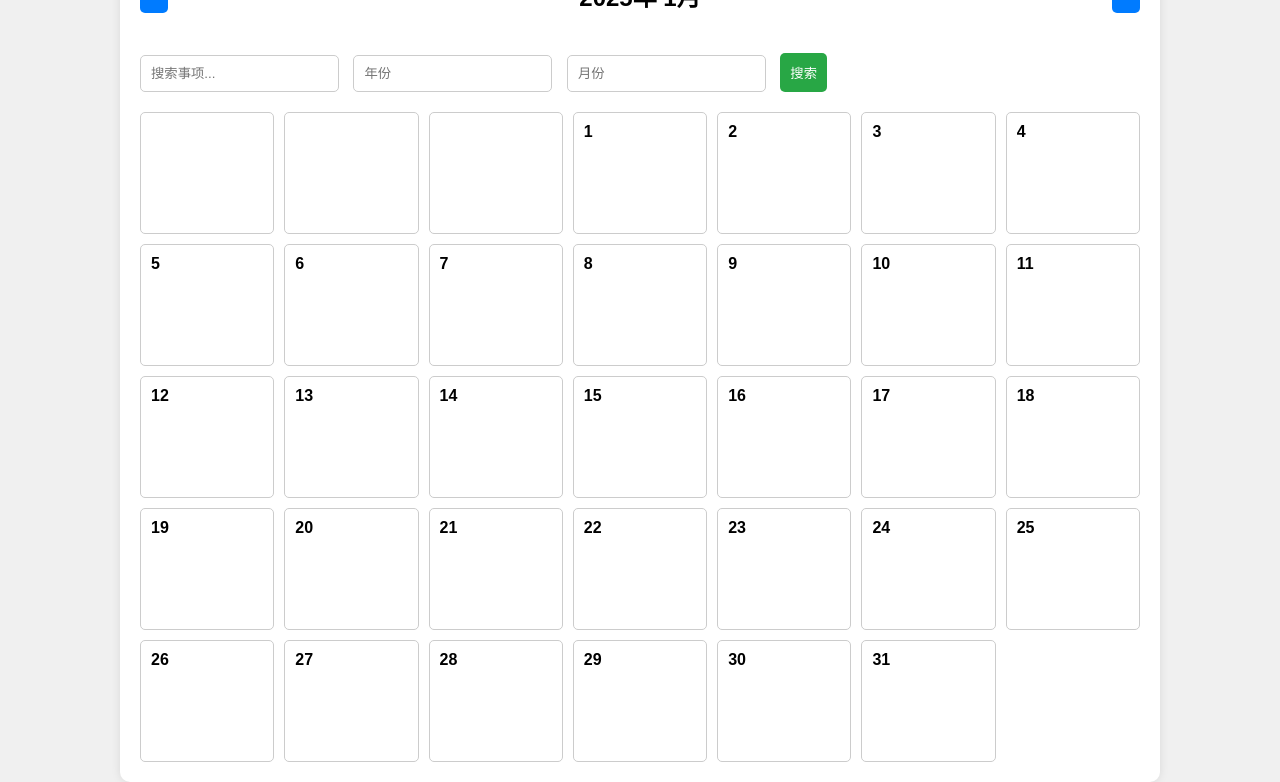
Repository: BUAAZFK/calendar_app
Page: http://localhost/
The author's editor kept a copy of each file at every save. The page is drawn from the files as they stood at one save, then again after the next save.
The browser window is 1280 px wide. The pictures show the whole page.
The page is served by the project's application, run on Django 5.2 (manage.py). Other server files are loaded and not shown.

Above is the page before, as saved 2025-02-01 18:11:25.

### templates/calendar.html
<!DOCTYPE html>
<html lang="zh-CN">
<head>
    <meta charset="UTF-8">
    <meta name="viewport" content="width=device-width, initial-scale=1.0">
    <title>日历事项管理</title>
    <link rel="stylesheet" href="../static/styles.css">
</head>
<body>
    <div class="calendar-container">
        <div class="header">
            <button id="prev-month">&lt;</button>
            <h2 id="current-month"></h2>
            <button id="next-month">&gt;</button>
        </div>
        <div class="search-container">
            <input type="text" id="search-input" placeholder="搜索事项...">
            <input type="number" id="search-year" placeholder="年份">
            <input type="number" id="search-month" placeholder="月份">
            <button id="search-button">搜索</button>
        </div>
        <div class="calendar" id="calendar"></div>
    </div>

    <!-- 模态框 -->
    <div id="event-modal" class="modal">
        <div class="modal-content">
            <span class="close">&times;</span>
            <h2 id="modal-title">添加事项</h2>
            <form id="event-form" method="post">
                {% csrf_token %}
                <input type="hidden" id="event-id" name="event-id">
                <label for="event-title">标题:</label>
                <input type="text" id="event-title" name="title" required>
                <label for="event-description">详细内容:</label>
                <textarea id="event-description" name="description" rows="4" required></textarea>
                <label for="event-tags">标签:</label>
                <input type="text" id="event-tags" name="tags">
                <label for="event-progress">进度:</label>
                <select id="event-progress" name="progress" style="width: 95%" required>
                    <option value="not-started">未开始</option>
                    <option value="in-progress">进行中</option>
                    <option value="completed">完成</option>
                </select>
                <label for="event-date">日期:</label>
                <input type="date" id="event-date" name="date" required>
                <button type="submit" id="save-event">保存</button>
                <button type="button" id="delete-event" style="display: none;">删除</button>
            </form>
        </div>
    </div>

    <script src="../static/script.js"></script>
</body>
</html>

### events/views.py
from django.shortcuts import render, get_object_or_404
from django.http import JsonResponse
from django.views.decorators.csrf import csrf_exempt
from .models import Event
from django.core import serializers
import json

def calendar_view(request):
    events = Event.objects.all()
    # return render(request, '/templates/calendar.html', {'events': events})
    return render(request, 'calendar.html', {'events': events})

def event_list(request):
    events = Event.objects.all()
    data = serializers.serialize('json', events)
    return JsonResponse(data, safe=False)

@csrf_exempt
def save_event(request):
    if request.method == 'POST':
        data = json.loads(request.body)
        event_id = data.get('id')
        if event_id:
            event = get_object_or_404(Event, id=event_id)
            event.title = data.get('title')
            event.description = data.get('description')
            event.tags = data.get('tags')
            event.progress = data.get('progress')
            event.date = data.get('date')
            event.save()
        else:
            Event.objects.create(
                title=data.get('title'),
                description=data.get('description'),
                tags=data.get('tags'),
                progress=data.get('progress'),
                date=data.get('date')
            )
        return JsonResponse({'status': 'success'})
    return JsonResponse({'status': 'error'}, status=400)

@csrf_exempt
def delete_event(request, event_id):
    if request.method == 'POST':
        event = get_object_or_404(Event, id=event_id)
        event.delete()
        return JsonResponse({'status': 'success'})
    return JsonResponse({'status': 'error'}, status=400)

### calendar_app/urls.py
"""
URL configuration for calendar_app project.

The `urlpatterns` list routes URLs to views. For more information please see:
    https://docs.djangoproject.com/en/5.0/topics/http/urls/
Examples:
Function views
    1. Add an import:  from my_app import views
    2. Add a URL to urlpatterns:  path('', views.home, name='home')
Class-based views
    1. Add an import:  from other_app.views import Home
    2. Add a URL to urlpatterns:  path('', Home.as_view(), name='home')
Including another URLconf
    1. Import the include() function: from django.urls import include, path
    2. Add a URL to urlpatterns:  path('blog/', include('blog.urls'))
"""
from django.contrib import admin
from django.urls import path
from events import views

urlpatterns = [
    path('admin/', admin.site.urls),
    path('', views.calendar_view, name='calendar_view'),
    path('event/list/', views.event_list, name='event_list'),
    path('event/save/', views.save_event, name='save_event'),
    path('event/delete/<int:event_id>/', views.delete_event, name='delete_event'),
]

### static/styles.css
body {
    font-family: Arial, sans-serif;
    margin: 0;
    padding: 0;
    display: flex;
    justify-content: center;
    align-items: center;
    height: 100vh;
    background-color: #f0f0f0;
}

.calendar-container {
    background-color: #fff;
    padding: 20px;
    border-radius: 10px;
    box-shadow: 0 0 10px rgba(0, 0, 0, 0.1);
    width: 1000px;
}

.header {
    display: flex;
    justify-content: space-between;
    align-items: center;
    margin-bottom: 20px;
}

.header button {
    background-color: #007bff;
    color: #fff;
    border: none;
    padding: 10px;
    border-radius: 5px;
    cursor: pointer;
}

.header button:hover {
    background-color: #0056b3;
}

.search-container {
    margin-bottom: 20px;
}

.search-container input {
    padding: 10px;
    margin-right: 10px;
    border: 1px solid #ccc;
    border-radius: 5px;
}

.search-container button {
    padding: 10px;
    background-color: #28a745;
    color: #fff;
    border: none;
    border-radius: 5px;
    cursor: pointer;
}

.search-container button:hover {
    background-color: #218838;
}

.calendar {
    display: grid;
    grid-template-columns: repeat(7, 1fr);
    gap: 10px;
}

.day {
    border: 1px solid #ccc;
    padding: 10px;
    border-radius: 5px;
    min-height: 100px;
    position: relative;
}

.day .date {
    font-weight: bold;
    margin-bottom: 10px;
}

.event {
    margin-bottom: 5px;
    padding: 5px;
    border-radius: 3px;
    font-size: 0.9em;
}

.event.completed {
    background-color: #d4edda;
}

.event.in-progress {
    background-color: #fff3cd;
}

.event.not-started {
    background-color: #f8d7da;
}
/* 模态框样式 */
.modal {
    display: none;
    position: fixed;
    z-index: 1;
    left: 0;
    top: 0;
    width: 100%;
    height: 100%;
    overflow: auto;
    background-color: rgba(0, 0, 0, 0.5);
}

.modal-content {
    background-color: #fff;
    margin: 15% auto;
    padding: 20px;
    border: 1px solid #888;
    border-radius: 10px;
    width: 50%;
    max-width: 500px;
}

.close {
    color: #aaa;
    float: right;
    font-size: 28px;
    font-weight: bold;
    cursor: pointer;
}

.close:hover,
.close:focus {
    color: black;
    text-decoration: none;
    cursor: pointer;
}

form label {
    display: block;
    margin-top: 10px;
}

form input, form textarea, form select {
    width: 90%;
    padding: 10px;
    margin-top: 5px;
    border: 1px solid #ccc;
    border-radius: 5px;
}
{}
form button {
    margin-top: 20px;
    padding: 10px 20px;
    background-color: #007bff;
    color: #fff;
    border: none;
    border-radius: 5px;
    cursor: pointer;
}

form button:hover {
    background-color: #0056b3;
}

#delete-event {
    background-color: #dc3545;
}

#delete-event:hover {
    background-color: #c82333;
}

### static/script.js
document.addEventListener('DOMContentLoaded', function () {
    const calendarEl = document.getElementById('calendar');
    const currentMonthEl = document.getElementById('current-month');
    const prevMonthBtn = document.getElementById('prev-month');
    const nextMonthBtn = document.getElementById('next-month');
    const searchInput = document.getElementById('search-input');
    const searchYear = document.getElementById('search-year');
    const searchMonth = document.getElementById('search-month');
    const searchButton = document.getElementById('search-button');
    const modal = document.getElementById('event-modal');
    const closeModal = document.querySelector('.close');
    const eventForm = document.getElementById('event-form');
    const eventId = document.getElementById('event-id');
    const eventTitle = document.getElementById('event-title');
    const eventDescription = document.getElementById('event-description');
    const eventTags = document.getElementById('event-tags');
    const eventProgress = document.getElementById('event-progress');
    const eventDate = document.getElementById('event-date');
    const saveEventBtn = document.getElementById('save-event');
    const deleteEventBtn = document.getElementById('delete-event');

    let currentDate = new Date();
    let events = [];
    let currentEvent = null;
    console.log(events)

    function renderCalendar(date) {
        calendarEl.innerHTML = '';
        const year = date.getFullYear();
        const month = date.getMonth();
        currentMonthEl.textContent = `${year}年 ${month + 1}月`;

        const firstDay = new Date(year, month, 1);
        const lastDay = new Date(year, month + 1, 0);
        const daysInMonth = lastDay.getDate();
        const startDay = firstDay.getDay();

        for (let i = 0; i < startDay; i++) {
            const emptyDay = document.createElement('div');
            emptyDay.classList.add('day');
            calendarEl.appendChild(emptyDay);
        }

        for (let i = 1; i <= daysInMonth; i++) {
            const day = document.createElement('div');
            day.classList.add('day');
            day.innerHTML = `<div class="date">${i}</div>`;
            // add events in current day
            const dayEvents = events.filter(event => {
                const eventDate = new Date(event.date);
                return eventDate.getFullYear() === year && eventDate.getMonth() === month && eventDate.getDate() === i;
            });
            dayEvents.forEach(event => {
                const eventEl = document.createElement('div');
                eventEl.classList.add('event', event.progress);
                eventEl.textContent = event.title;
                eventEl.addEventListener('click', () => openModal(event));
                day.appendChild(eventEl);
            });
            day.addEventListener('click', () => openModal(null, year, month, i));
            calendarEl.appendChild(day);
        }
    }

    function openModal(event, year, month, day) {
        if (event) {
            eventId.value = event.id;
            eventTitle.value = event.title;
            eventDescription.value = event.description;
            eventTags.value = event.tags;
            eventProgress.value = event.progress;
            eventDate.value = event.date;
            deleteEventBtn.style.display = 'inline-block';
            document.getElementById('modal-title').textContent = '编辑事项';
        } else {
            eventId.value = '';
            eventTitle.value = '';
            eventDescription.value = '';
            eventTags.value = '';
            eventProgress.value = 'not-started';
            eventDate.value = `${year}-${String(month + 1).padStart(2, '0')}-${String(day).padStart(2, '0')}`;
            deleteEventBtn.style.display = 'none';
            document.getElementById('modal-title').textContent = '添加事项';
        }
        modal.style.display = 'block';
    }

    function saveEvent(event) {
        const formData = new FormData(eventForm);
        const eventData = {
            id: formData.get('event-id'),
            title: formData.get('title'),
            description: formData.get('description'),
            tags: formData.get('tags'),
            progress: formData.get('progress'),
            date: formData.get('date')
        };
        fetch('/event/save/', {
            method: 'POST',
            headers: {
                'X-CSRFToken': formData.get('csrfmiddlewaretoken'),
                'Content-Type': 'application/json'
            },
            body: JSON.stringify(eventData)
        })
        .then(response => response.json())
        .then(data => {
            if (data.status === 'success') {
                renderCalendar(currentDate);
                closeModal.click();
            }
        });
    }

    function deleteEvent() {
        if (currentEvent) {
            fetch(`/event/delete/${currentEvent.id}/`, {
                method: 'POST',
                headers: {
                    'X-CSRFToken': document.querySelector('[name=csrfmiddlewaretoken]').value
                }
            })
            .then(response => response.json())
            .then(data => {
                if (data.status === 'success') {
                    renderCalendar(currentDate);
                    closeModal.click();
                }
            });
        }
    }

    function searchEvents() {
        const query = searchInput.value.toLowerCase();
        const year = parseInt(searchYear.value);
        const month = parseInt(searchMonth.value) - 1;

        const filteredEvents = events.filter(event => {
            const eventDate = new Date(event.date);
            return (event.title.toLowerCase().includes(query) || event.description.toLowerCase().includes(query) || event.tags.toLowerCase().includes(query)) &&
                   (isNaN(year) || eventDate.getFullYear() === year) &&
                   (isNaN(month) || eventDate.getMonth() === month);
        });

        renderSearchResults(filteredEvents);
    }

    function renderSearchResults(filteredEvents) {
        calendarEl.innerHTML = '';
        filteredEvents.forEach(event => {
            const eventDate = new Date(event.date);
            const day = document.createElement('div');
            day.classList.add('day');
            day.innerHTML = `<div class="date">${eventDate.getDate()}</div>`;
            const eventEl = document.createElement('div');
            eventEl.classList.add('event', event.progress);
            eventEl.textContent = event.title;
            eventEl.addEventListener('click', () => openModal(event));
            day.appendChild(eventEl);
            calendarEl.appendChild(day);
        });
    }

    prevMonthBtn.addEventListener('click', () => {
        currentDate.setMonth(currentDate.getMonth() - 1);
        renderCalendar(currentDate);
    });

    nextMonthBtn.addEventListener('click', () => {
        currentDate.setMonth(currentDate.getMonth() + 1);
        renderCalendar(currentDate);
    });

    searchButton.addEventListener('click', searchEvents);

    closeModal.addEventListener('click', () => {
        modal.style.display = 'none';
    });

    window.addEventListener('click', (event) => {
        if (event.target === modal) {
            modal.style.display = 'none';
        }
    });

    deleteEventBtn.addEventListener('click', deleteEvent);

    eventForm.addEventListener('submit', function (e) {
        e.preventDefault();
        saveEvent(e);
    });

    renderCalendar(currentDate);
});

After the next save:
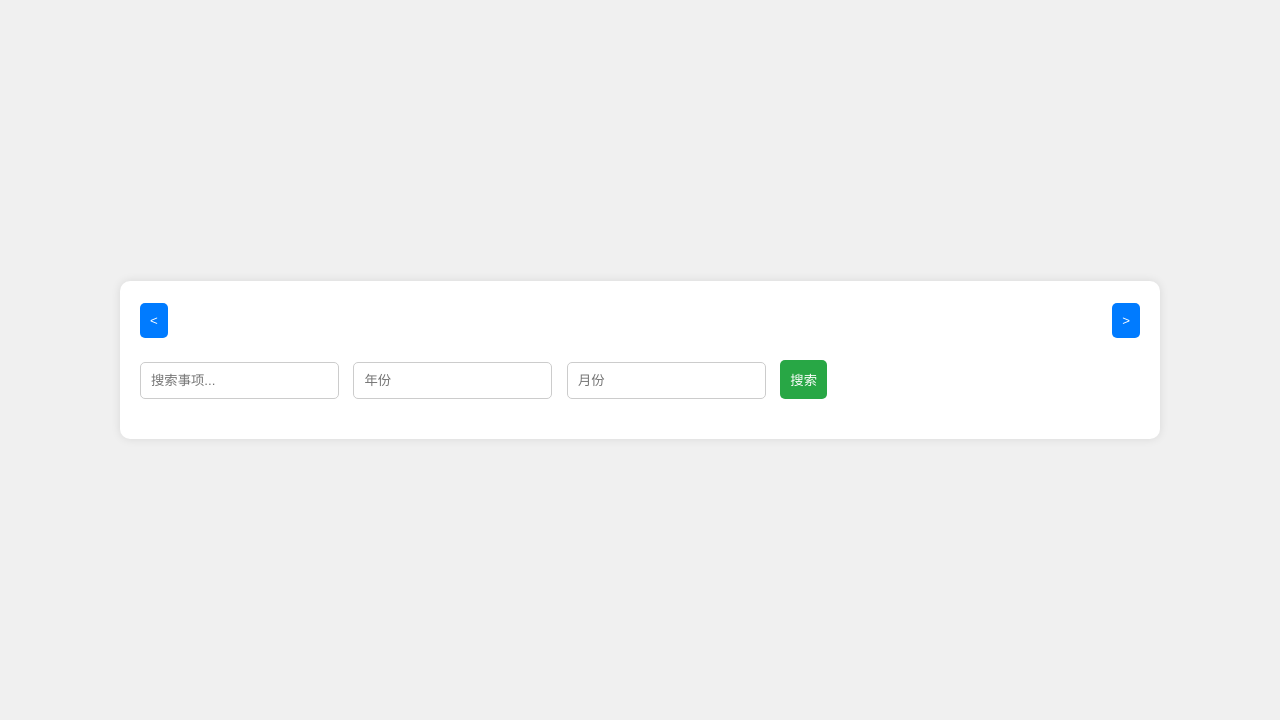
Console error: ReferenceError: eventData is not defined
Saved 49 min 58 s later.
--- a/static/script.js
+++ b/static/script.js
@@ -20,6 +20,7 @@ document.addEventListener('DOMContentLoaded', function () {
     const deleteEventBtn = document.getElementById('delete-event');
 
     let currentDate = new Date();
+    console.log(eventData);
     let events = [];
     let currentEvent = null;
     console.log(events)
